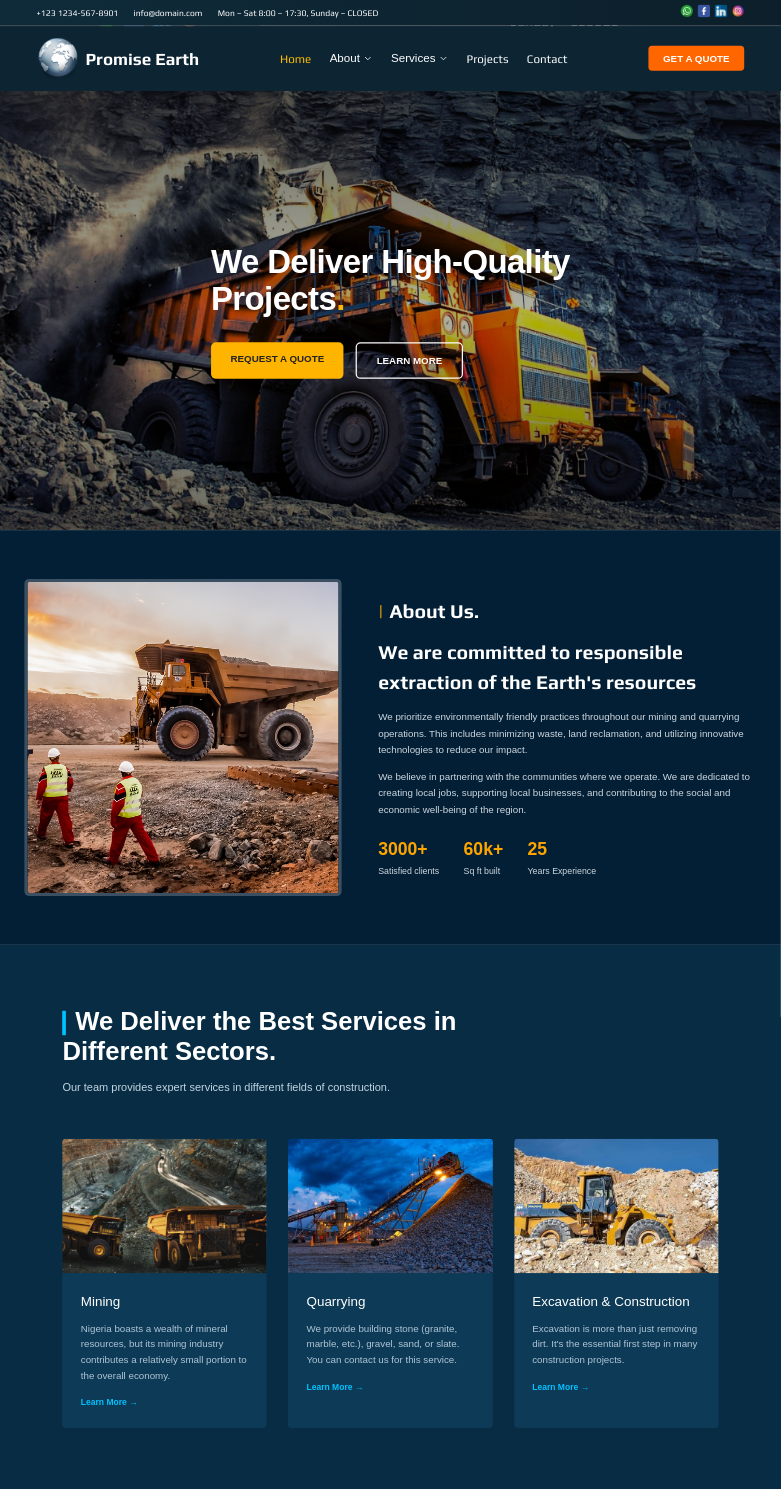
Repository: KC-Minchakpu/promise-earth
Page: /
The author's editor kept a copy of each file at every save. The page is drawn from the files as they stood at one save, then again after the next save.
The browser window is 1280 px wide. The pictures show the whole page, at 61% of full size.
The project was rebuilt for these pictures with package versions that can differ from the ones it lists, and the page was loaded fresh each time. The framework's server and built-in components were replaced by stand-ins that run in the browser. Also part of the build but not shown: next.config.ts.

Above is the page before, as saved 2026-02-26 16:15:44.

### src/app/layout.tsx
import type { Metadata } from "next";
import { Play, Poppins } from "next/font/google";
import "./globals.css";
import Header from "@/components/Header/Header";

const play = Play({
  variable: "--font-play",
  subsets: ["latin"],
  weight: ["400", "700"],
});

const poppins = Poppins({
  variable: "--font-poppins",
  subsets: ["latin"],
  weight: ["300", "400", "500", "600", "700"],
});

export const metadata: Metadata = {
  title: "Create Next App",
  description: "Generated by create next app",
};

export default function RootLayout({
  children,
}: Readonly<{
  children: React.ReactNode;
}>) {
  return (
    <html lang="en">
      <body
        className={`${play.variable} ${poppins.variable} antialiased`}
      >
        <Header />
        {children}
      </body>
    </html>
  );
}

### src/app/page.tsx
import AboutUsSection from "@/components/About/AboutUsSection";
import Hero from "@/components/Hero/Hero";
import ServicesSection from "@/components/Services/ServicesSection";


export default function Home() {
  return (
   <>
    <Hero />
    <AboutUsSection />
    <ServicesSection />
  </>
  );
}

### src/app/globals.css
@import "tailwindcss";

:root {
  --background: #ffffff;
  --foreground: #171717;
}


@media (prefers-color-scheme: dark) {
  :root {
    --background: #0a0a0a;
    --foreground: #ededed;
  }
}

body {
  background: var(--background);
  color: var(--foreground);
  font-family: Arial, Helvetica, sans-serif;
}

### src/components/Header/Header.tsx
"use client";

import { useState, useEffect, useRef } from "react";
import { usePathname } from "next/navigation";
import Link from "next/link";
import Image from "next/image";
import styles from "./Header.module.css";
import { ChevronDown, Menu, X } from "lucide-react";

const Header = () => {
  const pathname = usePathname();

  const [mobileOpen, setMobileOpen] = useState(false);
  const [scrolled, setScrolled] = useState(false);
  const [aboutOpen, setAboutOpen] = useState(false);
  const [servicesOpen, setServicesOpen] = useState(false);

  // FIX: correct timeout type
  const aboutTimeoutRef = useRef<ReturnType<typeof setTimeout> | null>(null);
  const servicesTimeoutRef = useRef<ReturnType<typeof setTimeout> | null>(null);

  /* Sticky Scroll */
  useEffect(() => {
    const handleScroll = () => {
      setScrolled(window.scrollY > 20);
    };

    window.addEventListener("scroll", handleScroll);
    return () => window.removeEventListener("scroll", handleScroll);
  }, []);

  const isActive = (path: string) => pathname === path;

  const socials = [
    { href: "#", src: "/icons/whatsapp.png", alt: "WhatsApp", title: "WhatsApp" },
    { href: "#", src: "/icons/facebook.png", alt: "Facebook", title: "Facebook" },
    { href: "#", src: "/icons/linkedin.png", alt: "LinkedIn", title: "LinkedIn" },
    { href: "#", src: "/icons/instagram.png", alt: "Instagram", title: "Instagram" },
  ];

  return (
    <header className={`${styles.header} ${scrolled ? styles.scrolled : ""}`}>

      {/* TOP BAR */}
      <div className={styles.topBar}>
        <div className={styles.topContainer}>

          <div className={styles.topLeft}>
            <span>+123 1234-567-8901</span>
            <span>info@domain.com</span>
            <span>Mon – Sat 8:00 – 17:30, Sunday – CLOSED</span>
          </div>

          <div className={styles.topRight}>
            {socials.map((social) => (
              <a key={social.alt} href={social.href} title={social.title}>
                <Image
                  src={social.src}
                  alt={social.alt}
                  width={20}
                  height={20}
                />
              </a>
            ))}
          </div>

        </div>
      </div>


      {/* NAVBAR */}
      <div className={styles.navbar}>
        <div className={styles.navContainer}>

          {/* LOGO */}
          <Link href="/" className={styles.logo}>
            <Image
              src="/images/globe.png"
              alt="Promise Earth Logo"
              width={70}
              height={70}
              priority
            />
            <span>Promise Earth</span>
          </Link>


          {/* NAV LINKS */}
          <nav className={`${styles.navLinks} ${mobileOpen ? styles.show : ""}`}>

            <Link href="/" className={isActive("/") ? styles.active : ""}>
              Home
            </Link>


            {/* ABOUT */}
            <div
              className={styles.dropdown}
              onMouseEnter={() => {
                if (aboutTimeoutRef.current) clearTimeout(aboutTimeoutRef.current);
                setAboutOpen(true);
              }}
              onMouseLeave={() => {
                aboutTimeoutRef.current = setTimeout(() => {
                  setAboutOpen(false);
                }, 150);
              }}
            >

              <button className={styles.dropBtn}>
                About <ChevronDown size={16} />
              </button>

              <div className={`${styles.dropdownMenu} ${aboutOpen ? styles.showDropdown : ""}`}>
                <Link href="/promise-earth">Promise Earth</Link>
                <Link href="/emmanuel-benjamin">Emmanuel K. Benjamin</Link>
                <Link href="/our-team">Our Team</Link>
              </div>

            </div>


            {/* SERVICES */}
            <div
              className={styles.dropdown}
              onMouseEnter={() => {
                if (servicesTimeoutRef.current) clearTimeout(servicesTimeoutRef.current);
                setServicesOpen(true);
              }}
              onMouseLeave={() => {
                servicesTimeoutRef.current = setTimeout(() => {
                  setServicesOpen(false);
                }, 150);
              }}
            >

              <button className={styles.dropBtn}>
                Services <ChevronDown size={16} />
              </button>

              <div className={`${styles.dropdownMenu} ${servicesOpen ? styles.showDropdown : ""}`}>
                <Link href="/mining">Mining</Link>
                <Link href="/quarry">Quarry</Link>
                <Link href="/construction">Construction</Link>
                <Link href="/excavation">Excavation</Link>
                <Link href="/sandstones">Sandstones</Link>
              </div>

            </div>


            <Link href="/projects" className={isActive("/projects") ? styles.active : ""}>
              Projects
            </Link>

            <Link href="/contact" className={isActive("/contact") ? styles.active : ""}>
              Contact
            </Link>

          </nav>


          {/* CTA */}
          <div className={styles.cta}>
            <Link href="/contact">GET A QUOTE</Link>
          </div>


          {/* MOBILE TOGGLE */}
          <div
            className={styles.mobileToggle}
            onClick={() => setMobileOpen(!mobileOpen)}
          >
            {mobileOpen ? <X size={24} /> : <Menu size={24} />}
          </div>


        </div>
      </div>

    </header>
  );
};

export default Header;

### src/components/About/AboutUsSection.tsx
// components/AboutUsSection.tsx
"use client";

import Image from "next/image";
import styles from "./AboutUsSection.module.css";

const AboutUsSection = () => {
  return (
    <section className={styles.aboutSection}>
      <div className={styles.container}>
        {/* Left Image */}
        <div className={styles.imageWrapper}>
          <Image
            src="/images/about-1.png"
            alt="Earth Moving Vehicle"
            width={400}
            height={400}
            className={styles.image}
          />
        </div>

        {/* Right Content */}
        <div className={styles.content}>
          <h2 className={styles.heading}>
            <span className={styles.highlight}>|</span> About Us.
          </h2>
          <h2 className={styles.heading}>
            We are committed to responsible extraction of the Earth&apos;s resources
          </h2>
          <p className={styles.description}>
            We prioritize environmentally friendly practices throughout our mining and quarrying operations. This includes minimizing waste, land reclamation, and utilizing innovative technologies to reduce our impact.
          </p>
          <p className={styles.description}>
            We believe in partnering with the communities where we operate. We are dedicated to creating local jobs, supporting local businesses, and contributing to the social and economic well-being of the region.
          </p>

          {/* Stats */}
          <div className={styles.stats}>
            <div className={styles.statItem}>
              <span className={styles.statNumber}>3000+</span>
              <span className={styles.statLabel}>Satisfied clients</span>
            </div>
            <div className={styles.statItem}>
              <span className={styles.statNumber}>60k+</span>
              <span className={styles.statLabel}>Sq ft built</span>
            </div>
            <div className={styles.statItem}>
              <span className={styles.statNumber}>25</span>
              <span className={styles.statLabel}>Years Experience</span>
            </div>
          </div>
        </div>
      </div>
    </section>
  );
};

export default AboutUsSection;

### src/components/Hero/Hero.tsx
"use client";

import Image from "next/image";
import Link from "next/link";
import styles from "./Hero.module.css";

const Hero = () => {
  return (
    <section className={styles.hero}>
      {/* Background Image */}
      <Image
        src="/images/hero.jpg"
        alt="Earth moving Vehicle"
        fill
        priority
        className={styles.backgroundImage}
      />

      {/* Overlay */}
      <div className={styles.overlay}></div>

      {/* Content */}
      <div className={styles.content}>
        <h1 className={styles.heading}>
          We Deliver High-Quality
          <br />
           Projects<span className={styles.highlight}>.</span>
        </h1>

        <div className={styles.buttons}>
          <Link href="/contact" className={styles.primaryBtn}>
            REQUEST A QUOTE
          </Link>

          <Link href="/about" className={styles.secondaryBtn}>
            LEARN MORE
          </Link>
        </div>
      </div>
    </section>
  );
};

export default Hero;

### src/components/Services/ServicesSection.tsx
"use client";

import Image from "next/image";
import styles from "./ServicesSection.module.css";

interface Service {
  title: string;
  description: string;
  image: string;
}

const services: Service[] = [
    {
    title: "Mining",
    description:
      "Nigeria boasts a wealth of mineral resources, but its mining industry contributes a relatively small portion to the overall economy.",
    image: "/images/services-1.png",
  },
  {
    title: "Quarrying",
    description:
      "We provide building stone (granite, marble, etc.), gravel, sand, or slate. You can contact us for this service.",
    image: "/images/services-2.jpg",
  },
  {
    title: "Excavation & Construction",
    description:
      "Excavation is more than just removing dirt. It's the essential first step in many construction projects.",
    image: "/images/services-3.jpg",
  },
];

export default function ServicesSection() {
  return (
    <section className={styles.section}>
      <div className={styles.container}>
        <div className={styles.header}>
          <h2>
            <span className={styles.accent}></span>
            We Deliver the Best Services in Different Sectors.
          </h2>
          <p>
            Our team provides expert services in different fields of
            construction.
          </p>
        </div>

        <div className={styles.grid}>
          {services.map((service, index) => (
            <div key={index} className={styles.card}>
              <div className={styles.imageWrapper}>
                <Image
                  src={service.image}
                  alt={service.title}
                  fill
                  className={styles.image}
                />
              </div>

              <div className={styles.content}>
                <h3>{service.title}</h3>
                <p>{service.description}</p>
                <a href="#" className={styles.learnMore}>
                  Learn More →
                </a>
              </div>
            </div>
          ))}
        </div>
      </div>
    </section>
  );
}

### src/components/Header/Header.module.css
.header {
  position: sticky;
  top: 0;
  z-index: 9999;
  transition: all 0.3s ease;
}

.scrolled {
  box-shadow: 0 6px 20px rgba(0, 0, 0, 0.15);
}

.topBar {
  background: linear-gradient(to right, #0f2b3a, #0c1f2a);
  color: #ffffff;
  font-size: 14px;
  font-family: "Play", sans-serif;
  border-bottom: 1px solid #888888;
}

.topContainer {
  max-width: 1200px;
  margin: auto;
  padding: 8px 20px;
  display: flex;
  justify-content: space-between;
  align-items: center;
}

.topLeft span {
  margin-right: 25px;
}

.topRight a {
  margin-left: 8px;
  display: inline-block;
}

/* NAVBAR */
.navbar {
  background: #0d2533;
  color: white;
}

.navContainer {
  max-width: 1200px;
  margin: auto;
  padding: 18px 20px;
  display: flex;
  align-items: center;
  justify-content: space-between;
}

/* LOGO */
.logo {
  display: flex;
  align-items: center;
  gap: 10px;
  font-size: 28px;
  font-weight: bold;
  font-family: "Play", sans-serif;
  text-decoration: none;
  color: white;
}

/* NAV LINKS */
.navLinks {
  display: flex;
  align-items: center;
  gap: 30px;
}

.navLinks a {
  color: white;
  text-decoration: none;
  font-size: 19px;
  font-weight: 500;
  transition: color 0.3s ease;
  font-family: "Play", sans-serif;
}

.navLinks a:hover {
  color: #ffae00;
}

.active {
  color: #ffbb00 !important;
}

/* DROPDOWN  */
.dropdown {
  position: relative;
}

.dropBtn {
  background: none;
  border: none;
  color: white;
  font-weight: 500;
  font-size: 19px;
  display: flex;
  align-items: center;
  gap: 5px;
  cursor: pointer;
  transition: color 0.3s ease;
}

.dropBtn:hover {
  color: #ffc400;
}

.dropdownMenu {
  position: absolute;
  top: 100%;
  left: 0;
  margin-top: 0;
  background: #111111;
  min-width: 250px;
  border-radius: 6px;
  box-shadow: 0 10px 25px rgba(0, 0, 0, 0.15);
  opacity: 0;
  transform: translateY(10px);
  pointer-events: none;
  transition: all 0.25s ease;
}

.showDropdown {
  opacity: 1;
  transform: translateY(0);
  pointer-events: auto;
}

.dropdownMenu a {
  display: block;
  padding: 12px 18px;
  color: #ffffff;
  text-decoration: none;
  transition: background 0.3s ease;
}

.dropdownMenu a:hover {
   color: #ffc400;
}

/* CTA  */
.cta a {
  background: #ff6600;
  padding: 12px 24px;
  border-radius: 6px;
  color: white;
  text-decoration: none;
  font-weight: bold;
  transition: all 0.3s ease;
}

.cta a:hover {
  background: #e65c00;
  transform: translateY(-2px);
}

/*  MOBILE  */
.mobileToggle {
  display: none;
  cursor: pointer;
}

@media (max-width: 992px) {
  .navLinks {
    position: absolute;
    top: 80px;
    left: 0;
    width: 100%;
    background: #0d2533;
    flex-direction: column;
    padding: 20px;
    display: none;
  }

  .show {
    display: flex;
  }

  .cta {
    display: none;
  }

  .mobileToggle {
    display: block;
  }

  .dropdownMenu {
    position: relative;
    top: 0;
    box-shadow: none;
    opacity: 1;
    transform: none;
    pointer-events: auto;
    background: #112f40;
  }

  .dropdownMenu a {
    color: white;
  }
}

### src/components/About/AboutUsSection.module.css
/* components/AboutUsSection.module.css */

.aboutSection {
  background-color: #031f35;
  padding: 80px 20px;
  color: #ffffff;
}

.container {
  display: flex;
  align-items: center;
  justify-content: center;
  gap: 60px;
  max-width: 1200px;
  margin: 0 auto;
  flex-wrap: wrap;
}

.imageWrapper {
  flex: 1 1 400px;
}

.image {
  border: 5px solid #3b4f63;
  border-radius: 8px;
  width: 100%;
  height: auto;
  object-fit: cover;
}

.content {
  flex: 1 1 500px;
}

.heading {
  font-size: 2rem;
  font-weight: 700;
  font-family: "Play", sans-serif;
  margin-bottom: 20px;
  display: flex;
  align-items: center;
}

.highlight {
  color: #ffa800;
  margin-right: 10px;
}

.description {
  font-size: 1rem;
  line-height: 1.7;
  margin-bottom: 15px;
  color: #cfd8e0;
}

.stats {
  display: flex;
  gap: 40px;
  margin-top: 30px;
  flex-wrap: wrap;
}

.statItem {
  display: flex;
  flex-direction: column;
  align-items: flex-start;
}

.statNumber {
  font-size: 1.8rem;
  font-weight: 700;
  color: #ffa500;
}

.statLabel {
  font-size: 0.9rem;
  color: #cfd8e0;
  margin-top: 5px;
}

### src/components/Hero/Hero.module.css
.hero {
  position: relative;
  width: 100%;
  height: 100vh;
  min-height: 650px;
  display: flex;
  align-items: center;
  overflow: hidden;
}

/* Background Image */
.backgroundImage {
  object-fit: cover;
  z-index: 1;
}

/* Blue Gradient Overlay */
.overlay {
  position: absolute;
  inset: 0;
  background: linear-gradient(
    180deg,
    rgba(0, 0, 0, 0.6) 0%,
    rgba(0, 0, 0, 0.3) 50%,
    rgba(0, 0, 0, 0.6) 100%
  );
  z-index: 2;
}

/* Content */
.content {
  position: relative;
  z-index: 3;
  max-width: 1200px;
  margin: 0 auto;
  padding: 0 40px;
  color: white;
}

/* Heading */
.heading {
  font-size: 54px;
  font-weight: 800;
  line-height: 1.15;
  letter-spacing: -1px;
  margin-bottom: 40px;
  max-width: 700px;
}

.highlight {
  color: #ffb400;
}

/* Buttons */
.buttons {
  display: flex;
  gap: 20px;
}

.primaryBtn {
  background: #ffb400;
  color: #222222;
  padding: 16px 32px;
  border-radius: 8px;
  font-weight: 700;
  text-decoration: none;
  transition: all 0.3s ease;
}

.primaryBtn:hover {
  background: #e6a200;
  transform: translateY(-3px);
}

.secondaryBtn {
  border: 2px solid #ffffff;
  color: #ffffff;
  padding: 16px 32px;
  border-radius: 8px;
  font-weight: 600;
  text-decoration: none;
  transition: all 0.3s ease;
}

.secondaryBtn:hover {
  background: rgba(255, 255, 255, 0.1);
  transform: translateY(-3px);
}

/* Responsive */

@media (max-width: 1024px) {
  .heading {
    font-size: 48px;
  }
}

@media (max-width: 768px) {
  .hero {
    height: 85vh;
  }

  .heading {
    font-size: 36px;
  }

  .buttons {
    flex-direction: column;
    gap: 15px;
  }

  .primaryBtn,
  .secondaryBtn {
    width: fit-content;
  }
}

### src/components/Services/ServicesSection.module.css
.section {
  background-color: #072c44;
  padding: 100px 8%;
  color: white;
}

.container {
  max-width: 1400px;
  margin: 0 auto;
}

/* ================= HEADER ================= */

.header {
  max-width: 800px;
  margin-bottom: 70px;
}

.header h2 {
  font-size: 42px;
  font-weight: 700;
  line-height: 1.2;
  position: relative;
}

.accent {
  display: inline-block;
  width: 6px;
  height: 40px;
  background-color: #00c2ff;
  margin-right: 15px;
  vertical-align: middle;
}

.header p {
  margin-top: 20px;
  font-size: 18px;
  color: #c4d6e2;
}

/* ================= GRID ================= */

.grid {
  display: grid;
  grid-template-columns: repeat(3, 1fr);
  gap: 35px;
}

/* ================= CARD ================= */

.card {
  background-color: #0d3a57;
  border-radius: 6px;
  overflow: hidden;
  transition: transform 0.3s ease, box-shadow 0.3s ease;
}

.card:hover {
  transform: translateY(-8px);
  box-shadow: 0 10px 30px rgba(0, 0, 0, 0.4);
}

/* ================= IMAGE ================= */

.imageWrapper {
  position: relative;
  width: 100%;
  height: 220px;
}

.image {
  object-fit: cover;
}

/* ================= CONTENT ================= */

.content {
  padding: 30px;
}

.content h3 {
  font-size: 22px;
  margin-bottom: 15px;
}

.content p {
  color: #b0c6d6;
  line-height: 1.6;
  margin-bottom: 20px;
}

.learnMore {
  color: #00c2ff;
  text-decoration: none;
  font-weight: 600;
  font-size: 14px;
}

/* ================= RESPONSIVE ================= */

@media (max-width: 1100px) {
  .grid {
    grid-template-columns: repeat(2, 1fr);
  }
}

@media (max-width: 600px) {
  .grid {
    grid-template-columns: 1fr;
  }

  .header h2 {
    font-size: 30px;
  }
}

After the next save:
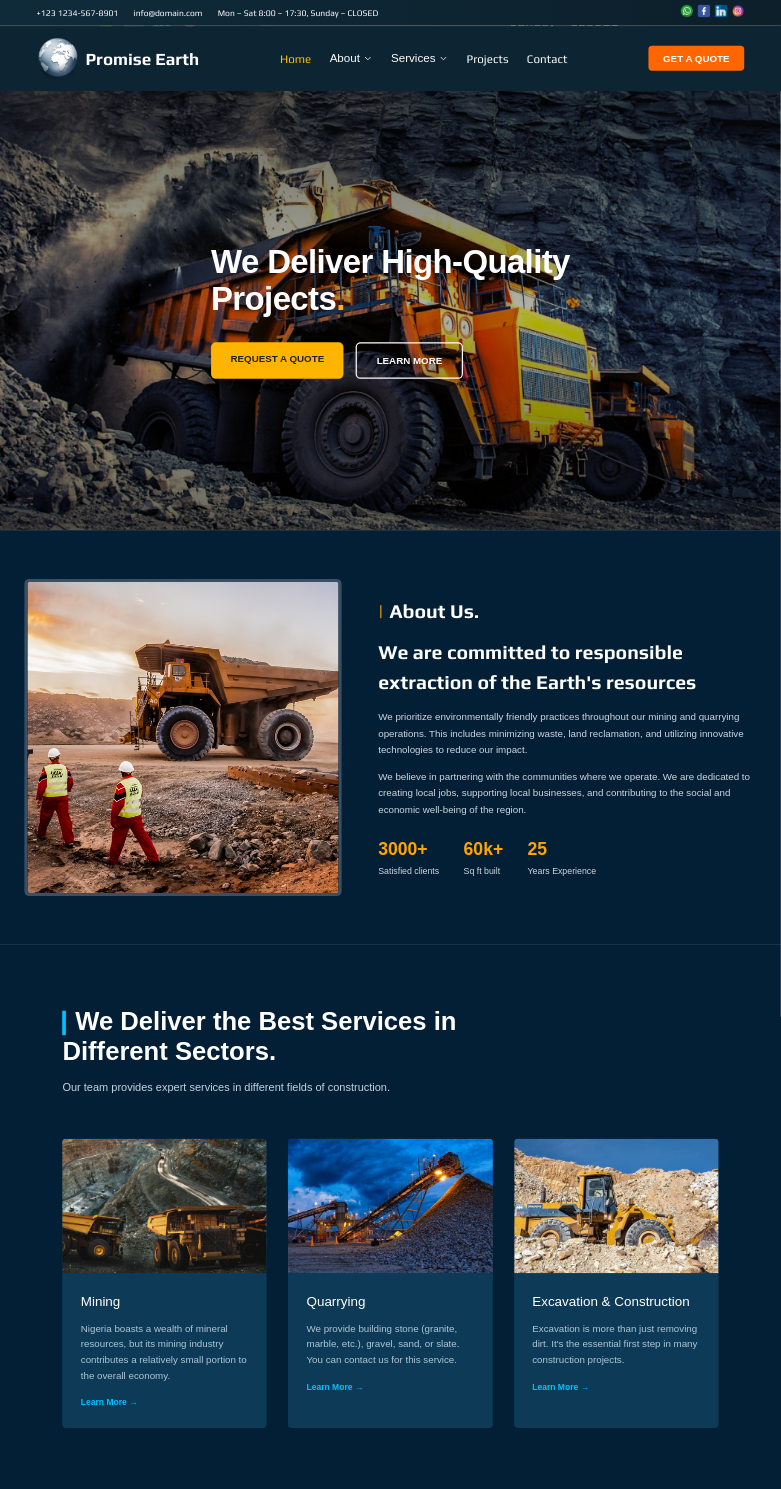
Saved 2 min 36 s later.
--- a/src/components/Services/ServicesSection.module.css
+++ b/src/components/Services/ServicesSection.module.css
@@ -1,5 +1,5 @@
 .section {
-  background-color: #072c44;
+  background-color: #031f35;
   padding: 100px 8%;
   color: white;
 }
